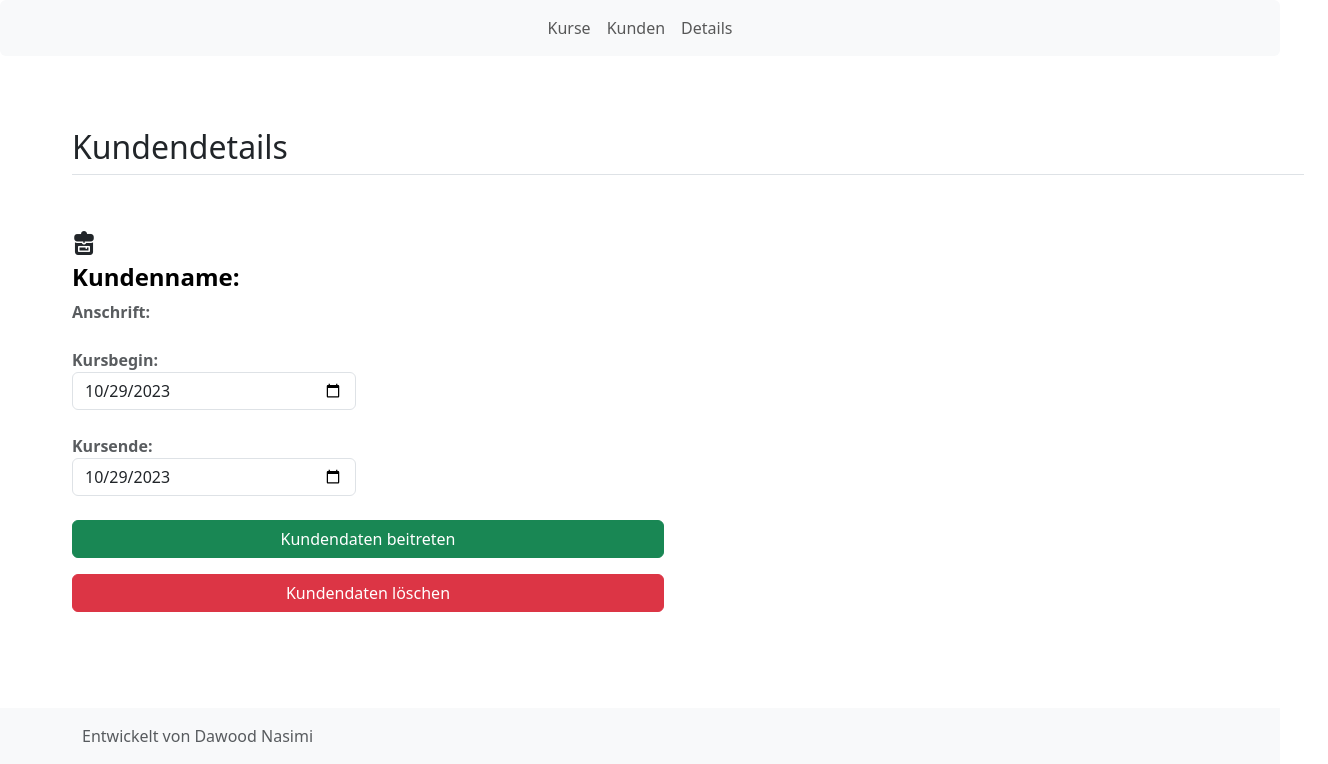
Repository: Dawoodnasimi/kurse
Page: templates/kunden/show.html.twig
The author's editor kept a copy of each file at every save. The page is drawn from the files as they stood at one save, then again after the next save.
The browser window is 1280 px wide. The page is 1328 px wide, so the pictures cover 1328 px, including what lies to the right of the window. The pictures show the whole page.
The page is a Twig template of a Symfony application; nobody is signed in and links lead nowhere. The template is opened directly, without the code that normally fills it, so the values that code supplies are empty.

Above is the page before, as saved 2023-10-29 12:37:02.

After the next save:
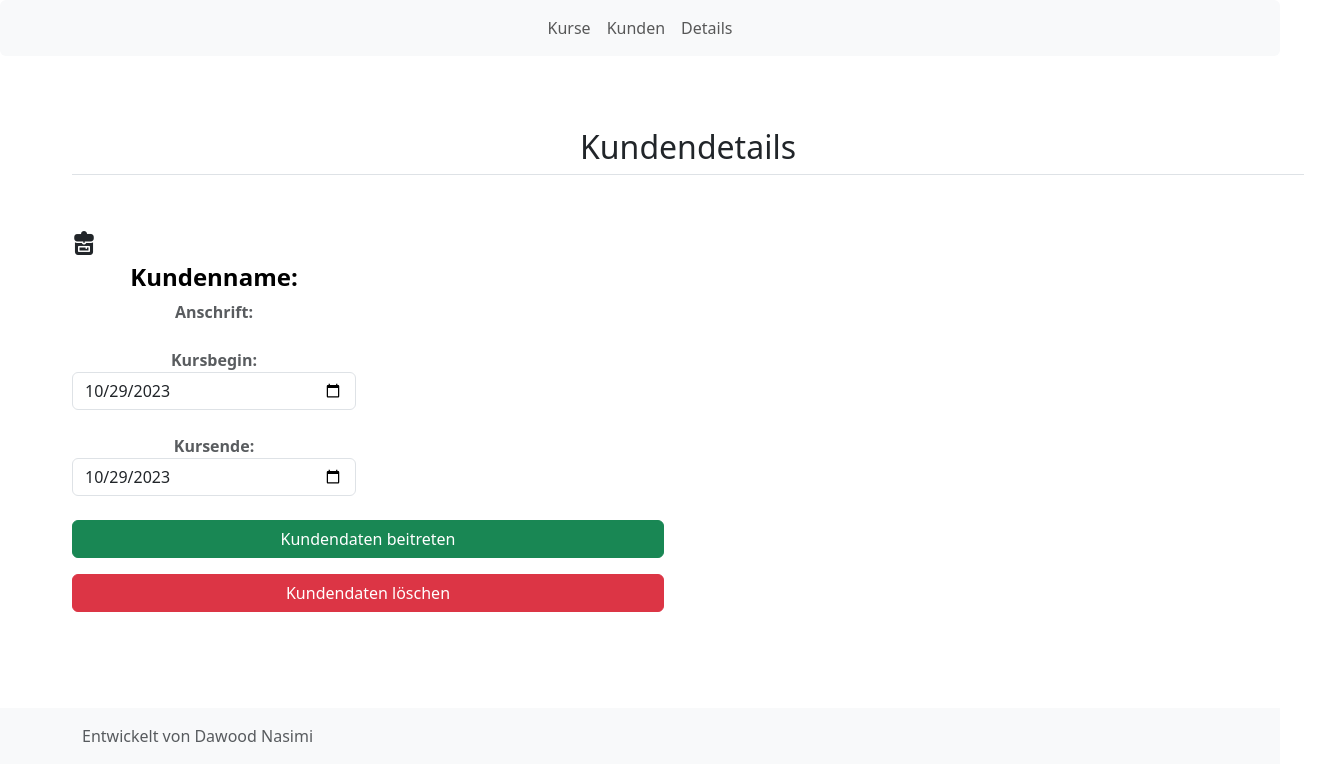
Saved 32 s later.
--- a/templates/kunden/show.html.twig
+++ b/templates/kunden/show.html.twig
@@ -5,7 +5,7 @@
 {% endblock %}
 
 {% block body %}
-	<div class="container-fluid mx-5 px-4 py-5 kundendetails">
+	<div class="container-fluid mx-5 px-4 py-5 kundendetails text-center">
 		<h2 class="pb-2 border-bottom">Kundendetails</h2>
 
 		<div class="row row-cols-1 row-cols-md-2 align-items-md-center g-5 py-5">
